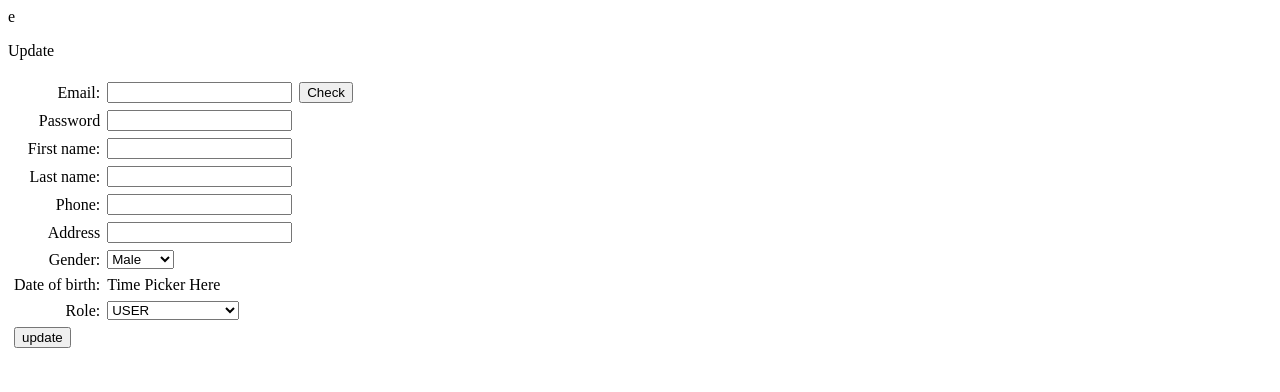
Repository: pffdota04/cuahang
Page: http://localhost/CuaHang/Views/Admin/container/account/update.jsp
The author's editor kept a copy of each file at every save. The page is drawn from the files as they stood at one save, then again after the next save.
The browser window is 1280 px wide. The pictures show the whole page.
The page is served by Tomcat 9. Other server files are loaded and not shown.

Above is the page before, as saved 2020-11-12 07:25:36.

### CuaHang/WebContent/Views/Admin/container/account/update.jsp
e<%@ page language="java" contentType="text/html; charset=ISO-8859-1"
	pageEncoding="ISO-8859-1"%>
<!DOCTYPE html>
<html>
<head>
<meta charset="ISO-8859-1">
<title>Insert title here</title>
</head>
<body>
	<div class="update">
			<p>Update</p>
			<table cellspacing="5">
				<tr>
					<div>
						<form action="${pageContext.request.contextPath}/fill-By-Email"
							method="post">
					<td align="right">Email:</td>
					<td><input type="text" name="email"></td>
					<td class="CheckButton"><input type="submit" value="Check"
						name="Check" /></td>
					</div>
					</form>
						<form action="${pageContext.request.contextPath}/update-account"
			method="post">
				</tr>
				<tr>
					<td align="right">Password</td>
					<td><input type="text" name="pass"></td>
				</tr>
				<tr>
					<td align="right">First name:</td>
					<td><input type="text" name="firstname"></td>
				</tr>
				<tr>
					<td align="right">Last name:</td>
					<td><input type="text" name="lastname"></td>
				</tr>
				<tr>
					<td align="right">Phone:</td>
					<td><input type="text" name="phone"></td>
				</tr>
				<tr>
					<td align="right">Address</td>
					<td><input type="text" name="address"></td>
				</tr>
				<tr>
					<td align="right">Gender:</td>
					<td><select name="gender">
							<%
								for (int sex = 0; sex < 2; sex++) {
							%>
							<option value="<%=sex%>">
								<%
									if (sex == 0) {
								%>Male<%
									}
								%>
								<%
									if (sex == 1) {
								%>Female<%
									}
								%>
							</option>
							<%
								}
							%>
					</select></td>
				<tr>
					<td>Date of birth:</td>
					<td>Time Picker Here</td>
				</tr>
				<tr>
					<td align="right">Role:</td>
					<td><select name="role">
							<%
								for (int role = 0; role < 3; role++) {
							%>
							<option value="<%=role%>">
								<%
									if (role == 0) {
								%>USER<%
									}
								%>
								<%
									if (role == 1) {
								%>SALEPERSON<%
									}
								%>
								<%
									if (role == 2) {
								%>ADMINISTRATOR<%
									}
								%>
							</option>
							<%
								}
							%>
					</select></td>
				<tr>

					<td><input type="submit" value="update"></td>
				</tr>
			</table>
		</form>
	</div>

</body>
</html>

After the next save:
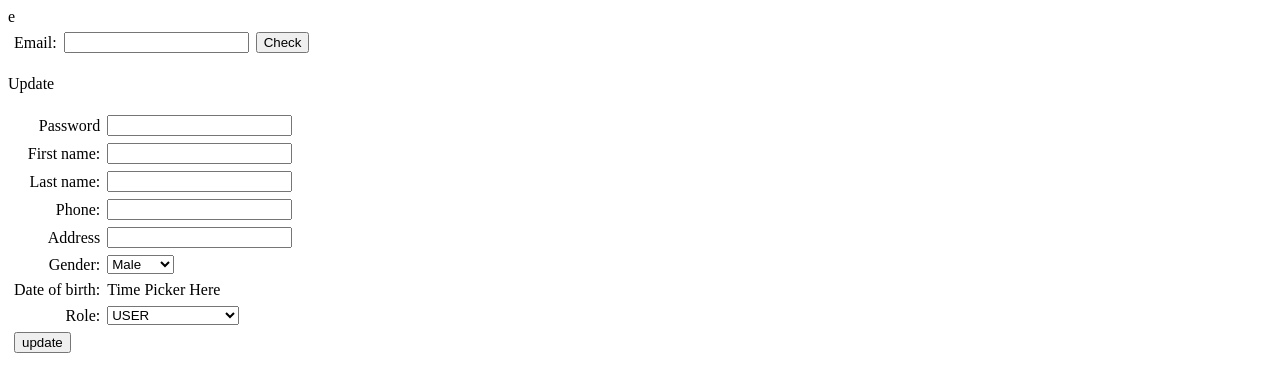
Saved 92 s later.
--- a/CuaHang/WebContent/Views/Admin/container/account/update.jsp
+++ b/CuaHang/WebContent/Views/Admin/container/account/update.jsp
@@ -8,21 +8,23 @@ e<%@ page language="java" contentType="text/html; charset=ISO-8859-1"
 </head>
 <body>
 	<div class="update">
-			<p>Update</p>
+
+
+		<form action="${pageContext.request.contextPath}/fill-By-Email"
+			method="post">
 			<table cellspacing="5">
 				<tr>
-					<div>
-						<form action="${pageContext.request.contextPath}/fill-By-Email"
-							method="post">
 					<td align="right">Email:</td>
 					<td><input type="text" name="email"></td>
 					<td class="CheckButton"><input type="submit" value="Check"
 						name="Check" /></td>
-					</div>
-					</form>
-						<form action="${pageContext.request.contextPath}/update-account"
+				</tr>
+			</table>
+		</form>
+		<form action="${pageContext.request.contextPath}/update-account"
 			method="post">
-				</tr>
+			<p>Update</p>
+			<table cellspacing="5">
 				<tr>
 					<td align="right">Password</td>
 					<td><input type="text" name="pass"></td>
